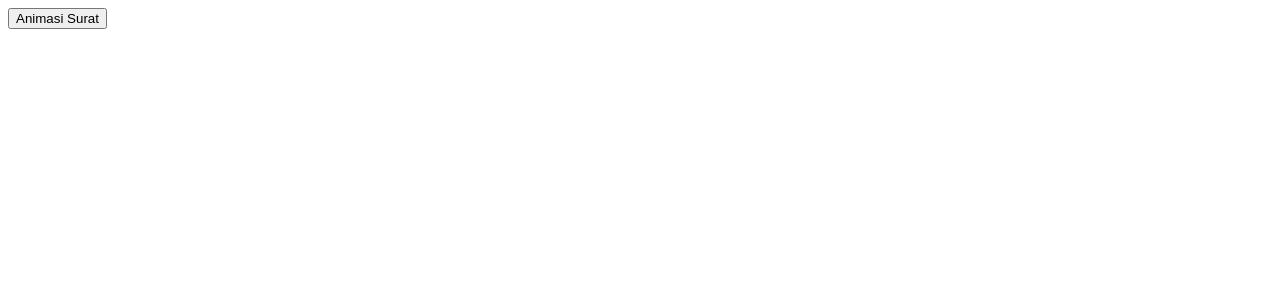
Repository: Irantsitumorang/projectRepo1
Page: BelajarJS/LatihanHTML/WebContent/suratj.html
The author's editor kept a copy of each file at every save. The page is drawn from the files as they stood at one save, then again after the next save.
The browser window is 1280 px wide. The pictures show the whole page.

Above is the page before, as saved 2021-07-01 10:16:11.

After the next save:
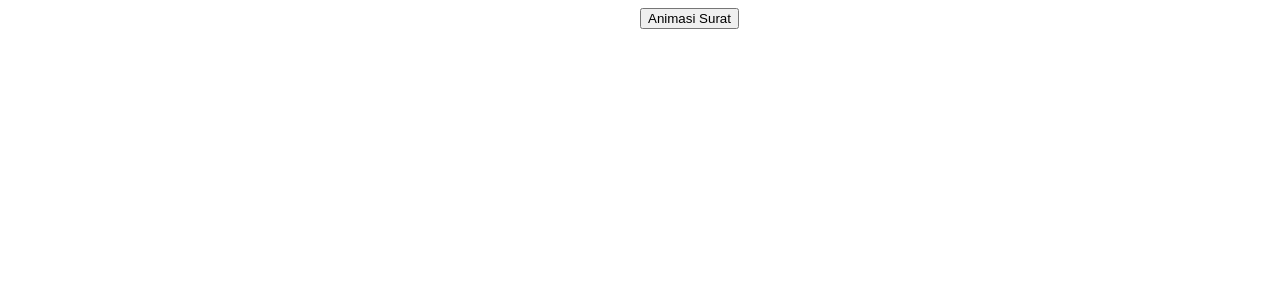
Saved 14 s later.
--- a/BelajarJS/LatihanHTML/WebContent/suratj.html
+++ b/BelajarJS/LatihanHTML/WebContent/suratj.html
@@ -17,7 +17,7 @@
     } */
 
 	#bg{
-	margin-left: center;
+	margin-left: 50%;
 	}
 
     #surat1 {
